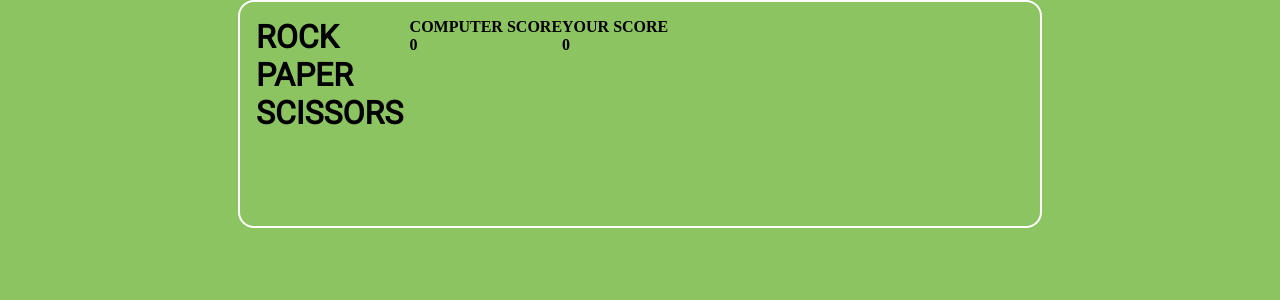
Repository: drumsmanku/Major-module-project-1
Page: index.html
An editor plug-in stored every save of this project. The page is shown before and after the next save, followed by the edit.
The browser window is 1280 px wide. The pictures show the whole page.

Above is the page before, as saved 2023-04-27 10:37:35.

After the next save:
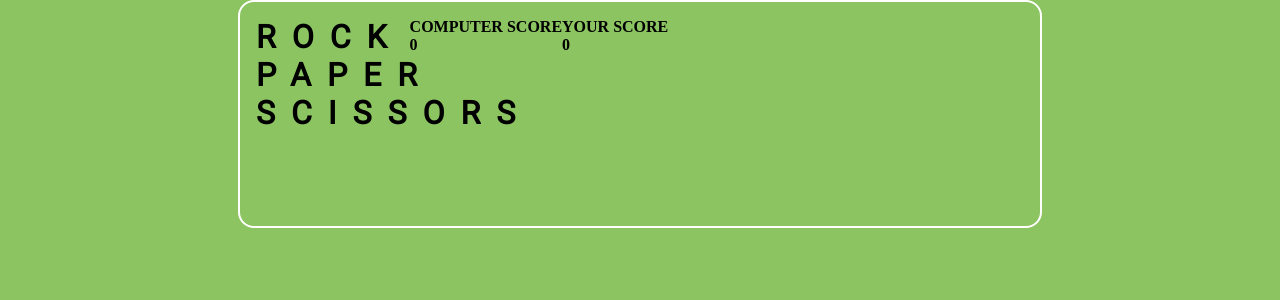
Saved 3 min 22 s later.
--- a/styles.css
+++ b/styles.css
@@ -29,5 +29,6 @@ body{
   display: flex;
   flex-wrap: wrap;
   flex-direction: column;
-  font-family: 'Roboto'
+  font-family: 'Roboto';
+  letter-spacing: 1rem;
 }
